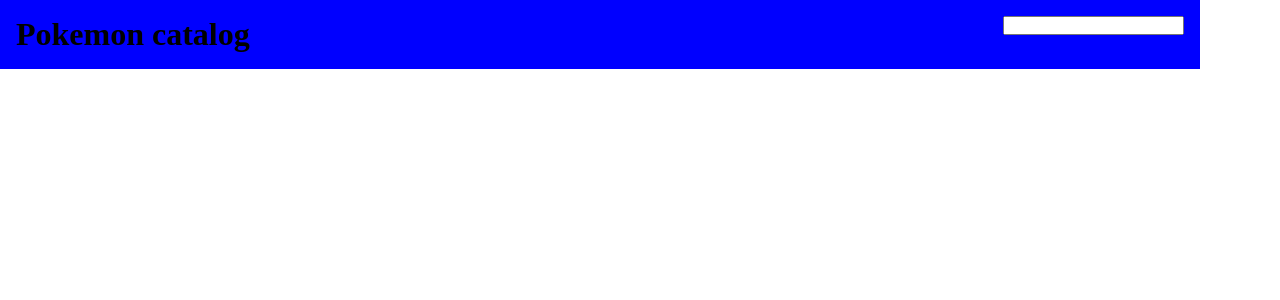
Repository: Ryszard-Penkala/pokemon-API
Page: index.html
These files come from the project's save history. The page is drawn as it stood at one moment and after the next save; the edit follows.
The browser window is 1280 px wide. The pictures show the whole page.

Above is the page before, as saved 2020-06-23 06:28:36.

### index.html
<!DOCTYPE html>
<html lang="en">
<head>
    <meta charset="UTF-8">
    <meta name="viewport" content="width=device-width, initial-scale=1.0">
    <link rel="stylesheet" href="assets/styles/styles.css">
    <title>Pokemon API</title>
</head>
<body>
    <main class="pokemon-app">
        <header class="header-main pokemon-app__header">
            <div class="header-main__catalog">
                <h1 class="header-main__heading">Pokemon catalog</h1>
            </div>
            <div class="header-main__search-bar">
                <input class="heade-main__searching" type="text">
            </div>
        </header>
        <section class="section-main pokemon-app__section">

        </section>
        <footer class="footer-main pokemon-app__footer">
            <div class="footer-main__load-bar">
            </div>

        </footer>
    </main>


    <script src="assets/js/script.js"></script>
</body>
</html>

### assets/styles/styles.css
*, *::before, *::after{
    margin: 0;
    padding: 0;
    box-sizing: border-box;
}

.pokemon-app{
    width: 1200px;
    justify-content: space-between;
    background-color: blue;
}

.header-main{
    display: flex;
    justify-content: space-between;
    padding: 1rem;
}

.header-mian__catalog{
    display: inline-block;
}

.header-main__search-bar{
    display: inline-block;
}

Loaded but not shown: assets/js/script.js (no copy from this time; the picture is the same without it)

After the next save:
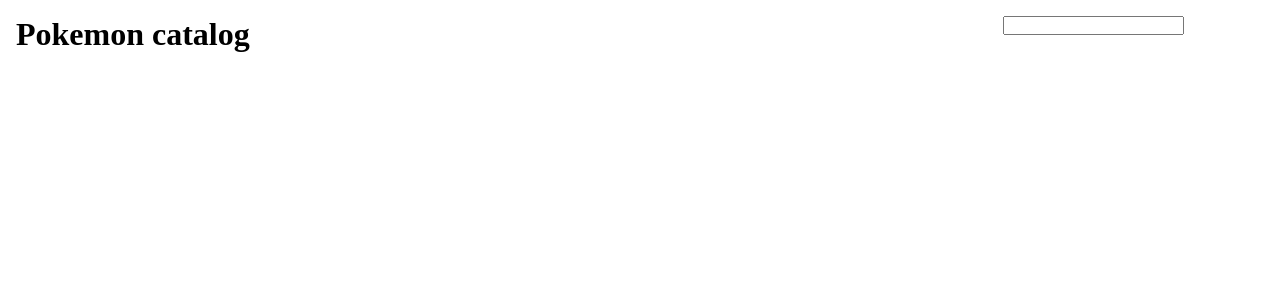
Saved 30 s later.
--- a/assets/styles/styles.css
+++ b/assets/styles/styles.css
@@ -3,11 +3,13 @@
     padding: 0;
     box-sizing: border-box;
 }
+.body{
+    display: flex;
+    justify-self: center;
+}
 
 .pokemon-app{
     width: 1200px;
-    justify-content: space-between;
-    background-color: blue;
 }
 
 .header-main{
